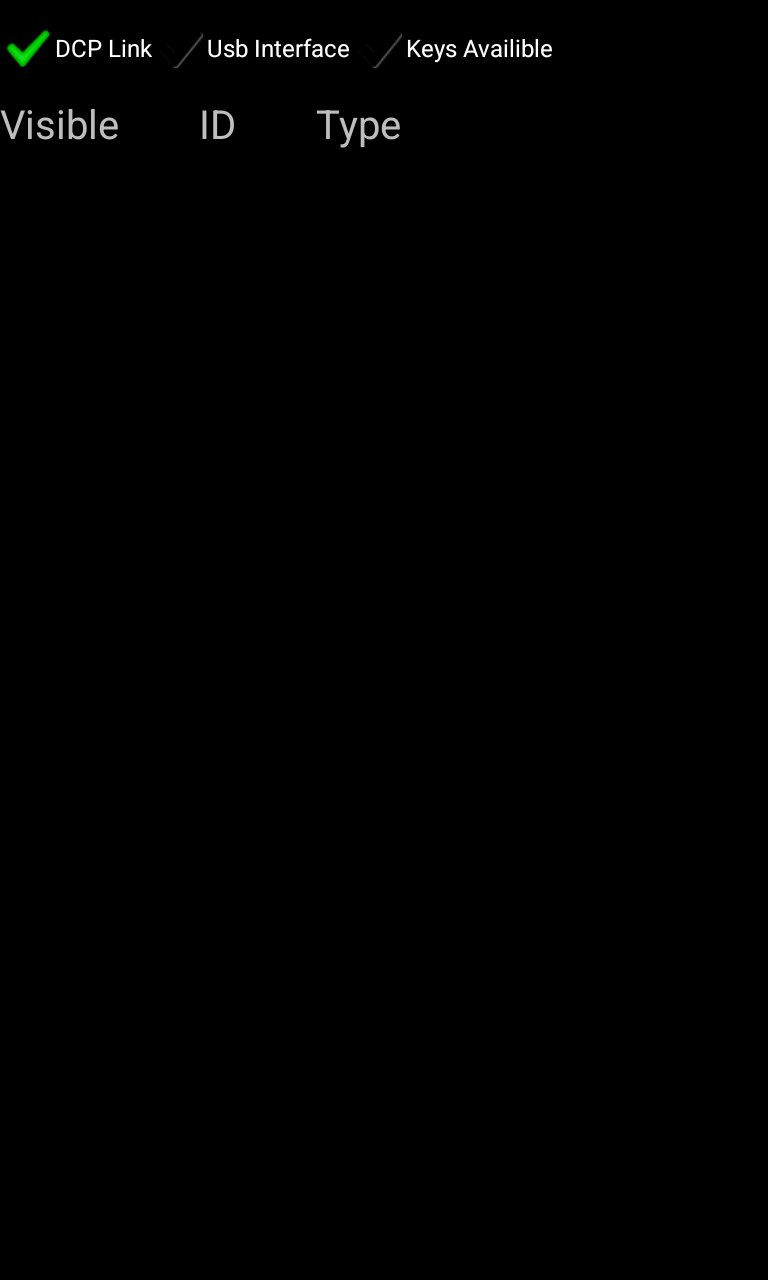
Repository: sergioenriquez/CSTE
Layout: HNAD/res/layout/devicelist.xml
These files come from the project's save history. The layout is drawn as it stood at one moment and after the next save; the edit follows.
It is drawn on a 768 x 1280 px phone screen (xhdpi) without system bars, with theme android:Theme.NoTitleBar; the app's code is not run. Lists and similar views that code fills are empty.

Above is the layout before, as saved 2011-12-18 04:04:29.

After the next save:
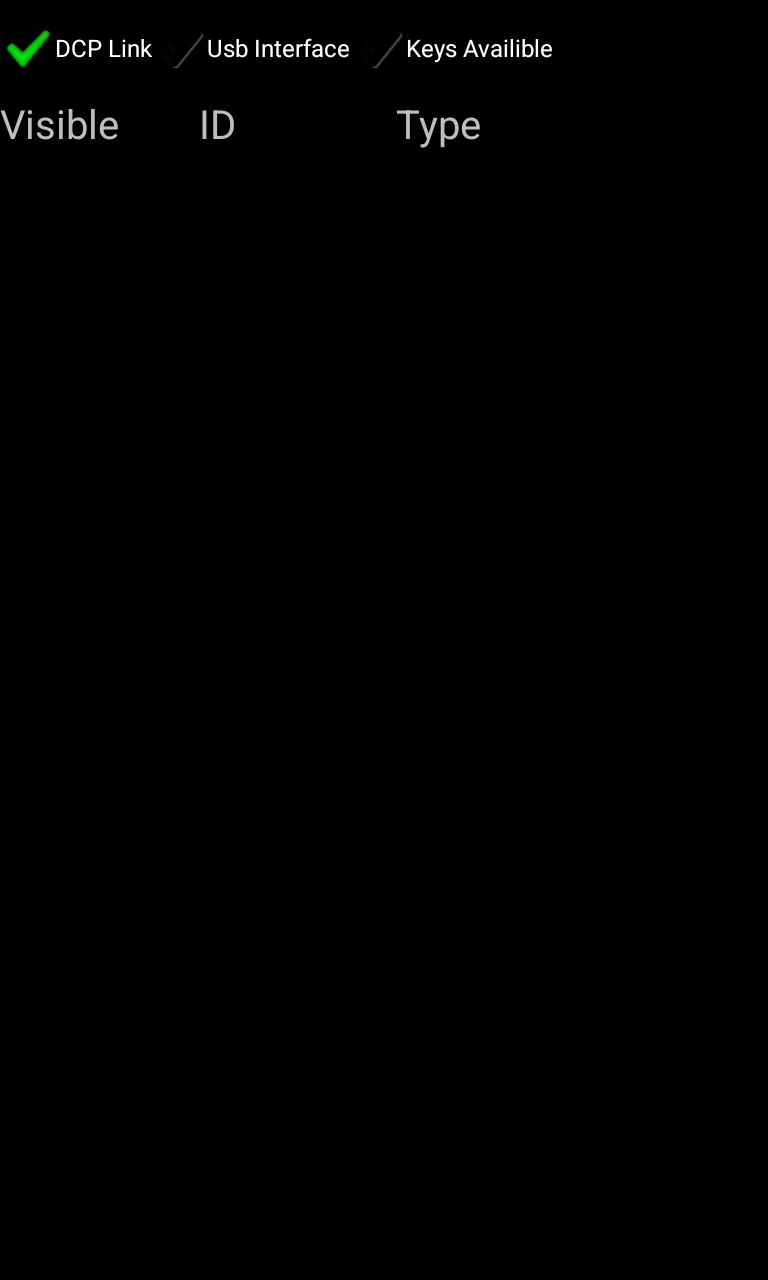
Saved 10 s later.
--- a/HNAD/res/layout/devicelist.xml
+++ b/HNAD/res/layout/devicelist.xml
@@ -49,7 +49,7 @@
         <TextView
 	    android:layout_width="fill_parent"
 	    android:layout_height="wrap_content"
-	    android:layout_marginRight="40sp"
+	    android:layout_marginRight="80sp"
 	    android:textSize="20sp"
 	    android:text="ID"/>
         <TextView
